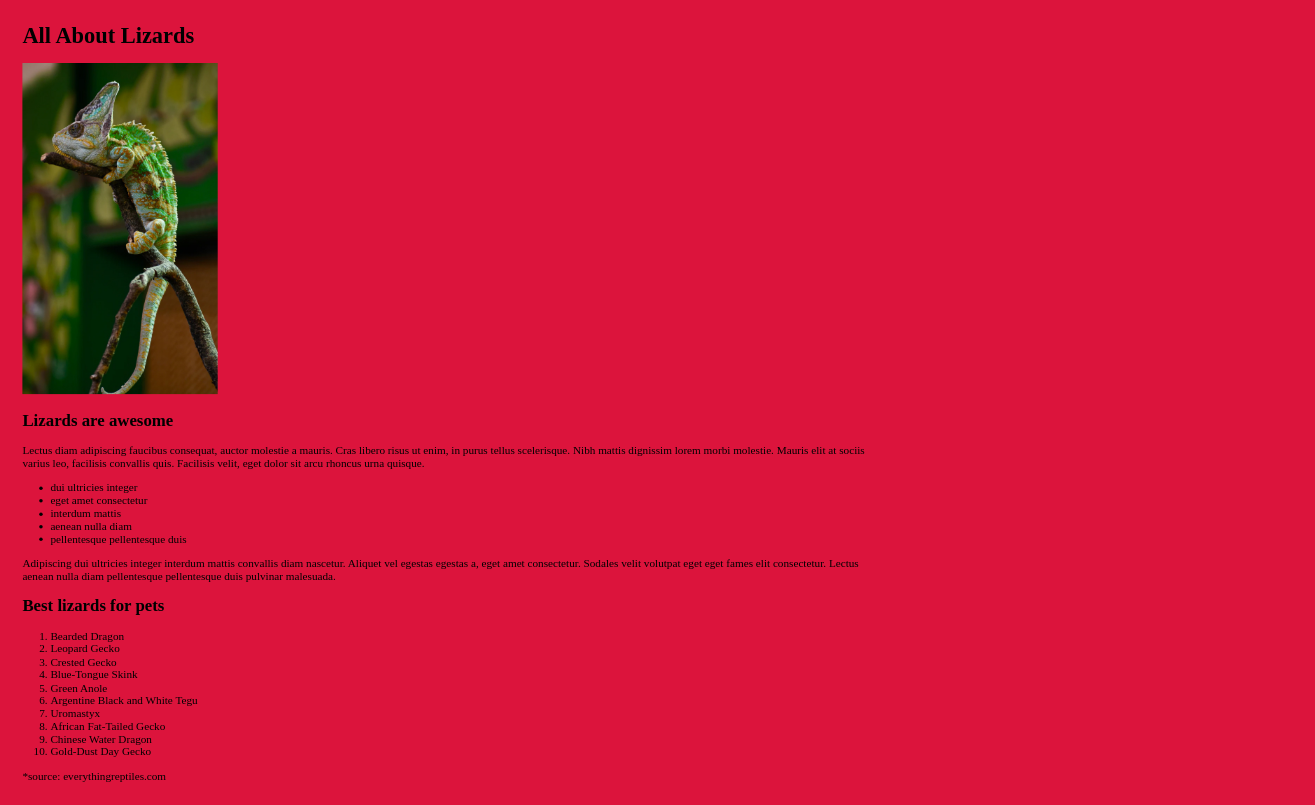
Repository: Doumham-Armah/lizards-landing--page
Page: index.html
These files come from the project's save history. The page is drawn as it stood at one moment and after the next save; the edit follows.
The browser window is 1280 px wide. The page is 1280 px wide, then 1879 px, then 1280 px, so the pictures cover 1879 px, including what lies to the right of the window. The pictures show the part of the page from y = 0 to 1320 px (the page is 1150 px tall before and 6337 px after), at 70% of full size.

Above is the page before, as saved 2021-08-10 13:17:47.

After the next save:
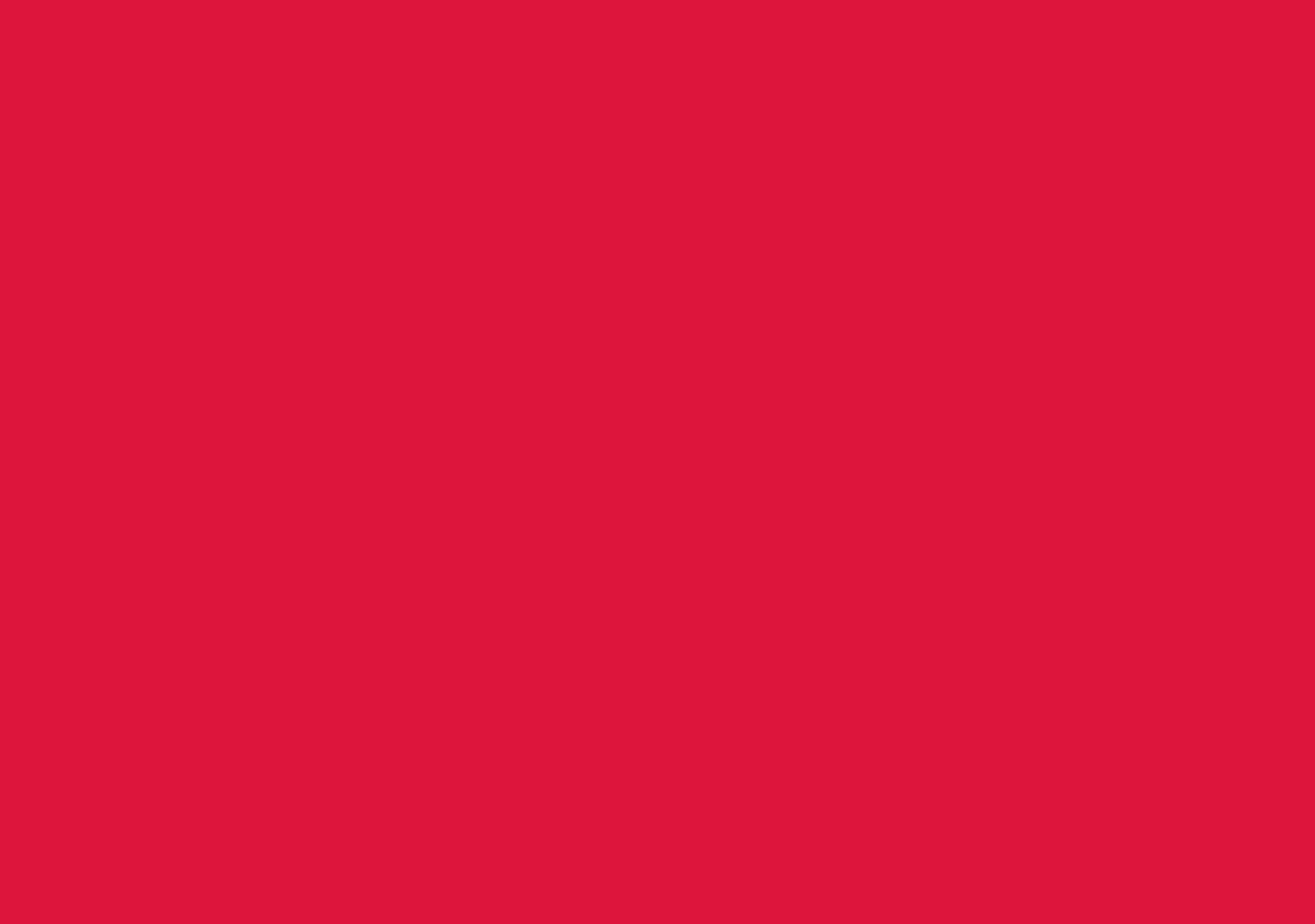
Saved 11 s later.
--- a/css/style.css
+++ b/css/style.css
@@ -1,4 +1,4 @@
 body {
-  margin: 2rem;
+  margin: 100rem;
   background-color: crimson;
 }

After the save that followed:
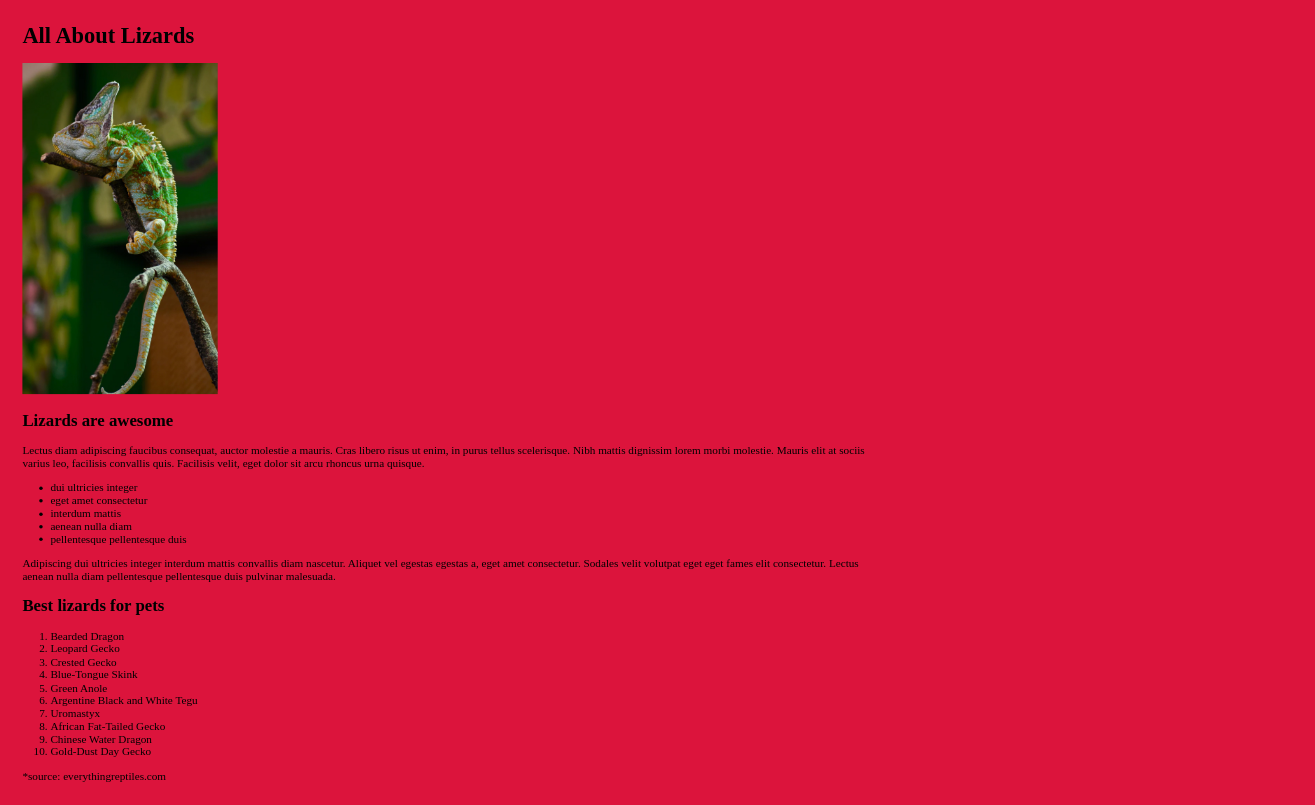
Saved 7 s later.
--- a/css/style.css
+++ b/css/style.css
@@ -1,4 +1,4 @@
 body {
-  margin: 100rem;
+  margin: 2rem;
   background-color: crimson;
 }
